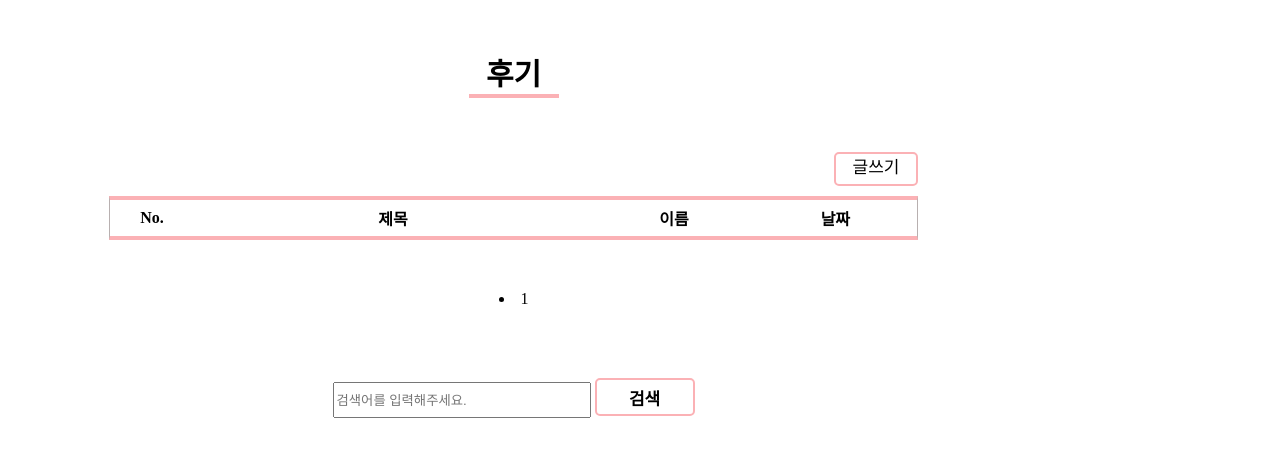
Repository: seugju/HSDsemi
Page: http://localhost/studioMood/postList?reqPage=1
These files come from the project's save history. The page is drawn as it stood at one moment and after the next save; the edit follows.
The browser window is 1280 px wide. The pictures show the whole page.
The page is served by Tomcat 9. Other server files are loaded and not shown. Queries for data that is not in the repository find no rows.

Above is the page before, as saved 2020-11-25 06:17:45.

### project-workspace/studioMood/WebContent/WEB-INF/views/post/postList.jsp
<%@page import="member.model.vo.Member"%>
<%@page import="java.util.ArrayList"%>
<%@page import="post.model.vo.Post"%>
<%@ page language="java" contentType="text/html; charset=UTF-8"
    pageEncoding="UTF-8"%>
    <%
    ArrayList<Post> list = (ArrayList<Post>)request.getAttribute("list");
    String pageNavi = (String)request.getAttribute("pageNavi");
    Member m = (Member)session.getAttribute("member");
    %>
<!DOCTYPE html PUBLIC "-//W3C//DTD HTML 4.01 Transitional//EN" "http://www.w3.org/TR/html4/loose.dtd">
<html>
<head>
<meta http-equiv="Content-Type" content="text/html; charset=UTF-8">
<title>Insert title here</title>
   <style>
        .content{
            width: 80%;

        }
        .content *{
            margin: 0 auto;
        }
        .pink{
            margin-top: 50px;
            width: 90px;
            text-align: center;
            font-weight: bold;
            font-size: 30px;
            border-bottom: 4px solid #FBB1B5;
        }
         .post-table>tbody>tr>td{
            border-top: 1px solid #b8b0b0;
        }
        .post-table{
            width: 80%;
            border-top: 4px solid #FBB1B5;
            border-left: 1px solid #b8b0b0;
            border-bottom: 4px solid #FBB1B5;
            border-right: 1px solid #b8b0b0;
        }
        .post-table>tbody>tr>td{
         text-align: center;
        }
       .post-table>tbody>tr>td>a{
       text-decoration: none;
            color: black;

       }
        .post-table>tbody>tr>th{
        height : 30px;
        }
       .write>a{
            text-decoration: none;
            color: black;
            display: inline-block;
            width: 80px;
            height: 30px;
            line-height: 28px;
            font-size: 17px;
            text-align: center;
            background-color: white;
            border: 2px solid #FBB1B5;
            border-radius: 5px;


        }
        .write{
            width: 80%;
            text-align: right;
            margin-bottom: 10px;
        }
        .post{
            width: 80%;
            text-align: center;
        }
        .search-text{
            width: 250px;
            height: 30px;
        }
        .btn-post{
            margin-top: 20px;
            width: 100px;
            height: 38px;
            font-weight: bold;
            font-size: 17px;
            background-color: white;
            border: 2px solid #FBB1B5;
            border-radius: 5px;
        }
        #pageNavi{
            text-align: center;
            margin: 50px;
        }
    </style>
</head>
<body>
  <div class="content">
   <section>
       <div class="pink">후기</div>
       <br>
       <br>
       <br>

       <%//if(m!=null && m.getMemberLevel()==1) {%>
       <div class="write">
       <a href="/postWriterFrm" class="write-btn">글쓰기</a>
       </div>
       <%//} %>
       <table class="post-table">
           <tr>
               <th width="10%">No.</th>
               <th width="50%">제목</th>
               <th width="20%;">이름</th>
               <th width="20%;">날짜</th>
           </tr>
           <%for(Post p : list) {%>
          <tr>
               <td><%=p.getpNum() %></td>
               <td><a href="/postView?postNo=<%=p.getPostNo()%>"><%=p.getPostTitle() %></a></td>
               <td><%=p.getPostWriter() %></td>
               <td><%=p.getPDate() %></td>
           </tr>
           <%} %>
       </table>
       <div id="pageNavi"><%=pageNavi %></div>
       <div class="post">
       <form action="" method="get" id="search">
       <input type="text" placeholder="검색어를 입력해주세요." class="search-text">
       <input type="submit" value="검색" class="btn-post">
       </form>
       </div>
   </section>
    </div>
</body>
</html>

### project-workspace/studioMood/src/post/controller/PostListServlet.java
package post.controller;

import java.io.IOException;

import javax.servlet.RequestDispatcher;
import javax.servlet.ServletException;
import javax.servlet.annotation.WebServlet;
import javax.servlet.http.HttpServlet;
import javax.servlet.http.HttpServletRequest;
import javax.servlet.http.HttpServletResponse;

import post.model.service.PostService;
import post.model.vo.PostPageData;

/**
 * Servlet implementation class PostListServlet
 */
@WebServlet(name = "PostList", urlPatterns = { "/postList" })
public class PostListServlet extends HttpServlet {
	private static final long serialVersionUID = 1L;

    /**
     * @see HttpServlet#HttpServlet()
     */
    public PostListServlet() {
        super();
        // TODO Auto-generated constructor stub
    }

	/**
	 * @see HttpServlet#doGet(HttpServletRequest request, HttpServletResponse response)
	 */
	protected void doGet(HttpServletRequest request, HttpServletResponse response) throws ServletException, IOException {
		//1. 인코딩
		request.setCharacterEncoding("utf-8");
		//2. view에서 ~~
		int reqPage = Integer.parseInt(request.getParameter("reqPage"));
		//3.비지니스 로직
		PostPageData ppd = new PostService().selectList(reqPage);
		//4. 결과처리
		RequestDispatcher rd = request.getRequestDispatcher("/WEB-INF/views/post/postList.jsp");
		request.setAttribute("list", ppd.getList());
		request.setAttribute("pageNavi", ppd.getPageNavi());
		rd.forward(request, response);
	}

	/**
	 * @see HttpServlet#doPost(HttpServletRequest request, HttpServletResponse response)
	 */
	protected void doPost(HttpServletRequest request, HttpServletResponse response) throws ServletException, IOException {
		// TODO Auto-generated method stub
		doGet(request, response);
	}

}

### project-workspace/studioMood/src/post/model/service/PostService.java
package post.model.service;

import java.sql.Connection;
import java.sql.ResultSet;
import java.util.ArrayList;

import org.apache.tomcat.dbcp.dbcp2.Jdbc41Bridge;

import common.JDBCTemplate;
import post.model.dao.PostDao;
import post.model.vo.Post;
import post.model.vo.PostComment;
import post.model.vo.PostPageData;
import post.model.vo.PostViewData;

public class PostService {

	public PostPageData selectList(int reqPage) {
		Connection conn = JDBCTemplate.getConnection();
		PostDao dao = new PostDao();
		int totalCount = dao.totalCount(conn);
		int numPerPage = 20;
		int totalPage = 0;
		if(totalCount%numPerPage == 0) {
			totalPage = totalCount / numPerPage;
		}else {
			totalPage = totalCount/ numPerPage+1;
		}
		int start = (reqPage-1)*numPerPage +1;
		int end = reqPage*numPerPage;

		ArrayList<Post> list = new PostDao().selectList(conn,start,end);

		int pageNaviSize = 5;
		String pageNavi="";

		int pageNo = reqPage-2;
		if(reqPage <=3) {
			pageNo=1;
		}else if(pageNo>totalPage-4){
			pageNo = totalPage-4;
		}
		if(pageNo != 1) {
			pageNavi += "<li class='page-item'><a class='page-link' href='/postList?reqPage="+(pageNo-1)+"'>이전</a></li>";
		}
		for(int i=0; i<pageNaviSize;i++) {
			if(reqPage == pageNo) {
				pageNavi += "<li class='page-item'><span class='selectPage page-link'>"+pageNo+"</spna></li>";
			}else {
				pageNavi +="<li class='page-item'><a class='page-link' href='/postList?reqPage="+pageNo+"'>"+pageNo+"</a></li>";
			}
			pageNo++;
			if(pageNo > totalPage) {
				break;
			}
		}
		if(pageNo <= totalPage) {
			pageNavi += "<li class='page-item'><a class='page-link' href='/postList?reqPage="+pageNo+"'>다음</a></li>";
		}
		PostPageData ppd = new PostPageData(list, pageNavi);
		JDBCTemplate.close(conn);
		//여기만큼씩
		//할수있죠??글쎄요... 해볼게요일단...ㅠㅠㅠㅠㄴ ㅇㅇ 이미 다른거만들어져있어서 어디에 뭐가필요한지정리마하면될것같아요
		//네ㅠㅠ
		return ppd;
	}

	public int insertPost(Post p) {
		Connection conn = JDBCTemplate.getConnection();
		int result = new PostDao().insertPost(conn, p);
		if(result>0) {
			JDBCTemplate.commit(conn);
		}else {
			JDBCTemplate.rollback(conn);
		}
		JDBCTemplate.close(conn);
		return result;
	}

	public int updatePost(Post p) {
		Connection conn = JDBCTemplate.getConnection();
		int result = new PostDao().updatePost(conn, p);
		if(result>0) {
			JDBCTemplate.commit(conn);
		}else {
			JDBCTemplate.rollback(conn);
		}
		JDBCTemplate.close(conn);
		return result;
	}

	public Post selectOnePost(int postNo) {
		Connection conn = JDBCTemplate.getConnection();
		Post p = new PostDao().selectPost(conn, postNo);
		if(p != null) {
			JDBCTemplate.commit(conn);
		}else {
			JDBCTemplate.rollback(conn);
		}
		JDBCTemplate.close(conn);
		return p;
	}

	public PostViewData selectPostView(int postNo) {
		Connection conn = JDBCTemplate.getConnection();
		Post p = new PostDao().selectPost(conn, postNo);
		ArrayList<PostComment> list = new PostDao().selectPostCommentlist(conn, postNo);
		JDBCTemplate.close(conn);
		PostViewData pvd = new PostViewData(p, list);
		return pvd;
	}

	public int deletePost(int postNo) {
		Connection conn = JDBCTemplate.getConnection();
		int result = new PostDao().deletePost(conn, postNo);
		if(result>0) {
			JDBCTemplate.commit(conn);
		}else {
			JDBCTemplate.rollback(conn);
		}
		JDBCTemplate.close(conn);
		return result;
	}

	public int insertPostComment(PostComment pc) {
		Connection conn = JDBCTemplate.getConnection();
		int result = new PostDao().insertPostComment(conn, pc);
		if(result>0) {
			JDBCTemplate.commit(conn);
		}else {
			JDBCTemplate.rollback(conn);
		}
		JDBCTemplate.close(conn);
		return result;
	}

	public int postCommentUpdate(int postCommentNo, String postCommentContent) {
		Connection conn = JDBCTemplate.getConnection();
		int result = new PostDao().postCommentUpdate(conn, postCommentNo, postCommentContent);
		if(result>0) {
			JDBCTemplate.commit(conn);
		}else {
			JDBCTemplate.rollback(conn);
		}
		JDBCTemplate.close(conn);
		return result;
	}

	public int postCommentDelete(int postCommentNo) {
		Connection conn = JDBCTemplate.getConnection();
		int result = new PostDao().postCommentDelete(conn, postCommentNo);
		if(result>0) {
			JDBCTemplate.commit(conn);
		}else {
			JDBCTemplate.rollback(conn);
		}
		JDBCTemplate.close(conn);
		return result;
	}

	public PostPageData postSearchKeyword(int reqPage, String keyword, String type) {
		Connection conn = JDBCTemplate.getConnection();
		ArrayList<Post> list = null;
		PostPageData ppd = null;
		if(type.equals("postTitle")) {
			System.out.println("제목으로 검");
			//여기서 제목으로 검색할 때 필요한거 전부다 제작(totalCount, ArrayList<Post>, pageNavi)
			//여기 한영이안되네 -> 여기 이프, 엘스이프가 다 리스트구하는 만큼씩 나올꺼에요
			int totalCount = new PostDao().searchTitleCount(conn, keyword);
			int numPerPage = 20;
			int totalPage = 0;
			if(totalCount%numPerPage == 0) {
				totalPage = totalCount / numPerPage;
			}else {
				totalPage = totalCount/ numPerPage+1;
			}
			int start = (reqPage-1)*numPerPage +1;
			int end = reqPage*numPerPage;

			ArrayList<Post> titlelist = new PostDao().searchTitleList(conn,start,end, keyword);
			for(Post p : titlelist) {
				System.out.println(1);
				System.out.println(p.getPDate());
			}
			int pageNaviSize = 5;
			String pageNavi="";

			int pageNo = reqPage-2;
			if(reqPage <=3) {
				pageNo=1;
			}else if(pageNo>totalPage-4){
				pageNo = totalPage-4;
			}
			if(pageNo != 1) {
				pageNavi += "<li class='page-item'><a class='page-link' href='/postSearchKeyword?reqPage="+(pageNo-1)+"&type=postTitle&keyword="+keyword+"'>이전</a></li>";
			}
			for(int i=0; i<pageNaviSize;i++) {
				if(reqPage == pageNo) {
					pageNavi += "<li class='page-item'><span class='selectPage page-link'>"+pageNo+"</spna></li>";
				}else {
					pageNavi +="<li class='page-item'><a class='page-link' href='/postSearchKeyword?reqPage="+pageNo+"&type=postTitle&keyword="+keyword+"'>"+pageNo+"</a></li>";
				}
				pageNo++;
				if(pageNo > totalPage) {
					break;
				}
			}
			if(pageNo <= totalPage) {
				pageNavi += "<li class='page-item'><a class='page-link' href='/postSearchKeyword?reqPage="+pageNo+"&type=postTitle&keyword="+keyword+"'>다음</a></li>";
			}
			ppd = new PostPageData(titlelist, pageNavi);
		}else if(type.equals("postWriter")) {
			System.out.println("writer");
			//여기서 작성자로 검색할 때 필요한거 전부다 제작(totalCount, ArrayList<Post>, pageNavi)
			int totalCount = new PostDao().searchWriterCount(conn, keyword);
			int numPerPage = 20;
			int totalPage = 0;
			if(totalCount%numPerPage == 0) {
				totalPage = totalCount / numPerPage;
			}else {
				totalPage = totalCount/ numPerPage+1;
			}
			int start = (reqPage-1)*numPerPage +1;
			int end = reqPage*numPerPage;

			ArrayList<Post> writerlist = new PostDao().searchWriterList(conn,start,end, keyword);
			int pageNaviSize = 5;
			String pageNavi="";

			int pageNo = reqPage-2;
			if(reqPage <=3) {
				pageNo=1;
			}else if(pageNo>totalPage-4){
				pageNo = totalPage-4;
			}
			if(pageNo != 1) {
				pageNavi += "<li class='page-item'><a class='page-link' href='/postSearchKeyword?reqPage="+(pageNo-1)+"&type=postWriter&keyword="+keyword+"'>이전</a></li>";
			}
			for(int i=0; i<pageNaviSize;i++) {
				if(reqPage == pageNo) {
					pageNavi += "<li class='page-item'><span class='page-link selectPage'>"+pageNo+"</spna></li>";
				}else {
					pageNavi +="<li class='page-item'><a class='page-link' href='/postSearchKeyword?reqPage="+pageNo+"&type=postWriter&keyword="+keyword+"'>"+pageNo+"</a></li>";
				}
				pageNo++;
				if(pageNo > totalPage) {
					break;
				}
			}
			if(pageNo <= totalPage) {
				pageNavi += "<li class='page-item'><a class='page-link' href='/postSearchKeyword?reqPage="+pageNo+"&type=postWriter&keyword="+keyword+"'>다음</a></li>";
			}
			ppd = new PostPageData(writerlist, pageNavi);
		}
		JDBCTemplate.close(conn);
		return ppd;
	}


}

### project-workspace/studioMood/src/common/JDBCTemplate.java
package common;

import java.sql.Connection;
import java.sql.DriverManager;
import java.sql.ResultSet;
import java.sql.SQLException;
import java.sql.Statement;

//데이터베이스 코드 중 중복부분 처리 클래스 제작
//싱글톤(singleTon) : 클래스에 대한 객체가 포로그램 구동내내 한개만 작성되어 모두 공유하여 사용하는 디자인 패턴

public class JDBCTemplate {

	//리턴타입을 static으로 지정

	//1. Driver등록, Connection객체 생성 --------------------------------------------------------------
	public static Connection getConnection() {
		Connection conn = null;
		try {
			Class.forName("oracle.jdbc.driver.OracleDriver");
			conn = DriverManager.getConnection("jdbc:oracle:thin:@1.220.236.74:15213:xe","HSDsemi","1234");

			//자동 오토 커밋이 설정되어있다.
			conn.setAutoCommit(false); //자동 커밋 설정 해지

		} catch (ClassNotFoundException e) {
			// TODO Auto-generated catch block
			e.printStackTrace();
		} catch (SQLException e) {
			// TODO Auto-generated catch block
			e.printStackTrace();
		}
		return conn;
	}


	//2. Connection Close --------------------------------------------------------------------
	//같은 메소드명(close) - 다른 매개변수 : 오버로딩
	public static void close(Connection conn) {
		try {
			if(conn != null && !conn.isClosed()) { //값이 null이 아니면서 닫혀있지 않을 때
				conn.close();
			}

		} catch (SQLException e) {
			// TODO Auto-generated catch block
			e.printStackTrace();
		}
	}


	//같은 메소드명(close) - 다른 매개변수 : 오버로딩
	public static void close(Statement stmt) {
		try {
			if(stmt != null && !stmt.isClosed()) { ////값이 null이 아니면서 닫혀있지 않을 때
				stmt.close();
			}
		} catch (SQLException e) {
			// TODO Auto-generated catch block
			e.printStackTrace();
		}
	}

	//PreparedStatement는 만들지 않아도 된다. 다형성에 의해 Statement로 처리된다.


	//같은 메소드명(close) - 다른 매개변수 : 오버로딩
	public static void close(ResultSet rset) {
		try {
			if (rset != null && !rset.isClosed()) { // 값이 null이 아니면서 닫혀있지 않을 때
				rset.close();
			}
		} catch (SQLException e) {
			// TODO Auto-generated catch block
			e.printStackTrace();
		}
	}


	//3. commit, rollback ---------------------------------------------------------------
	public static void commit(Connection conn) {
		try {
			if(conn != null && !conn.isClosed()) {
				conn.commit();
			}
		} catch (SQLException e) {
			// TODO Auto-generated catch block
			e.printStackTrace();
		}
	}

	public static void rollback(Connection conn) {
		try {

			if(conn != null && !conn.isClosed()) {
				conn.rollback();
			}

		} catch (SQLException e) {
			// TODO Auto-generated catch block
			e.printStackTrace();
		}
	}


}

### project-workspace/studioMood/src/post/model/vo/PostPageData.java
package post.model.vo;

import java.util.ArrayList;

public class PostPageData {
	private ArrayList<Post> list;
	private String pageNavi;
	public PostPageData() {
		super();
		// TODO Auto-generated constructor stub
	}
	public PostPageData(ArrayList<Post> list, String pageNavi) {
		super();
		this.list = list;
		this.pageNavi = pageNavi;
	}
	public ArrayList<Post> getList() {
		return list;
	}
	public void setList(ArrayList<Post> list) {
		this.list = list;
	}
	public String getPageNavi() {
		return pageNavi;
	}
	public void setPageNavi(String pageNavi) {
		this.pageNavi = pageNavi;
	}

}

Loaded but not shown: project-workspace/studioMood/src/post/model/dao/PostDao.java (409 lines, source omitted)

After the next save:
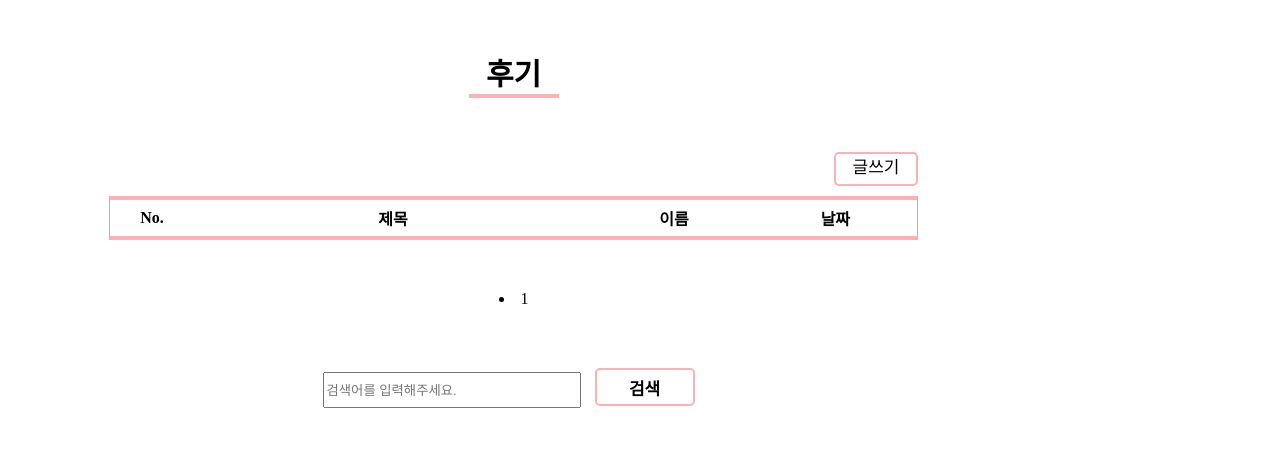
Saved 105 s later.
--- a/project-workspace/studioMood/WebContent/WEB-INF/views/post/postList.jsp
+++ b/project-workspace/studioMood/WebContent/WEB-INF/views/post/postList.jsp
@@ -92,6 +92,9 @@
             text-align: center;
             margin: 50px;
         }
+        .post>form>input:nth-child(2){
+        margin : 10px;
+        }
     </style>
 </head>
 <body>
